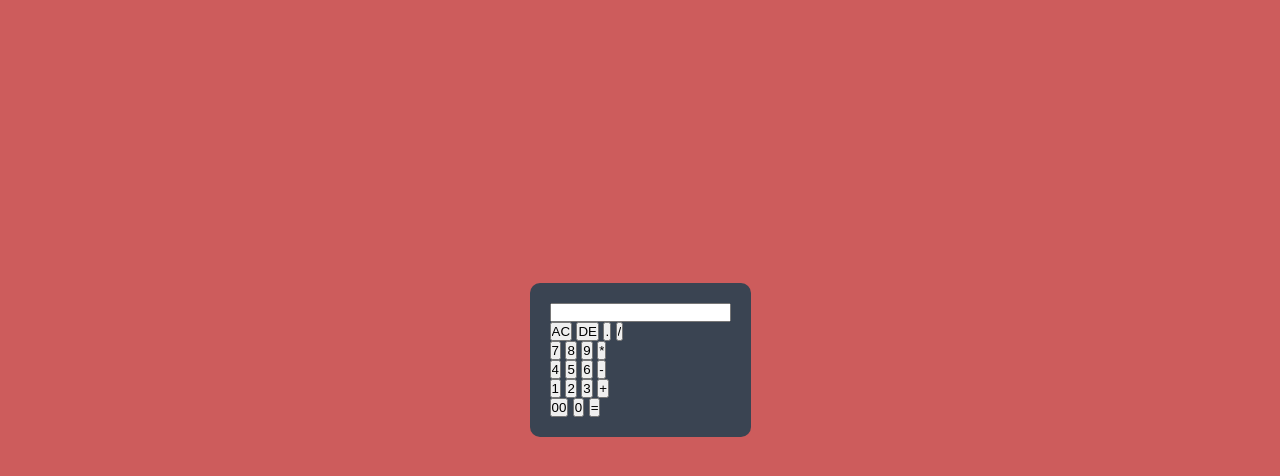
Repository: Anureet23/Calculator
Page: index.html
The author's editor kept a copy of each file at every save. The page is drawn from the files as they stood at one save, then again after a run of saves.
The browser window is 1280 px wide. The pictures show the whole page.

Above is the page before, as saved 2023-02-07 22:50:18.

### index.html
<!DOCTYPE html>
<html>
    <head>
<meta name ="viewport" content="width=device-width,initial-scale=1.0">
<title>Calculator using JavaScript</title>
<link rel="stylesheet" href="style.css">
    </head>
    <body>
<div class="container">
<div class="calculator">
   <form>
       <div>
           <input type="text" name ="display">
       </div>
       <div>
           <input type="button" value="AC">
           <input type="button" value="DE">
           <input type="button" value=".">
           <input type="button" value="/">
       </div>
       <div>
        <input type="button" value="7">
        <input type="button" value="8">
        <input type="button" value="9">
        <input type="button" value="*">
    </div>
    <div>
        <input type="button" value="4">
        <input type="button" value="5">
        <input type="button" value="6">
        <input type="button" value="-">
    </div>
    <div>
        <input type="button" value="1">
        <input type="button" value="2">
        <input type="button" value="3">
        <input type="button" value="+">
    </div>
    <div>
        <input type="button" value="00">
        <input type="button" value="0">
        <input type="button" value="=">

    </div>
   </form>
</div>
</div>


    </body>
</html>

### style.css
*{
    margin:0;
    padding:0;
    font-family: 'Poppins',sans-serif;
    box-sizing: border-box;
}

.container{
    width: 100%;
    height:100vh;
    background:#CD5C5C;
    display:flex;
    align-items:center;
    justify-content: center;

}
.calculator{
    background:#3a4452;
    padding:20px;
    border-radius:10px;

}

After the next 2 saves:
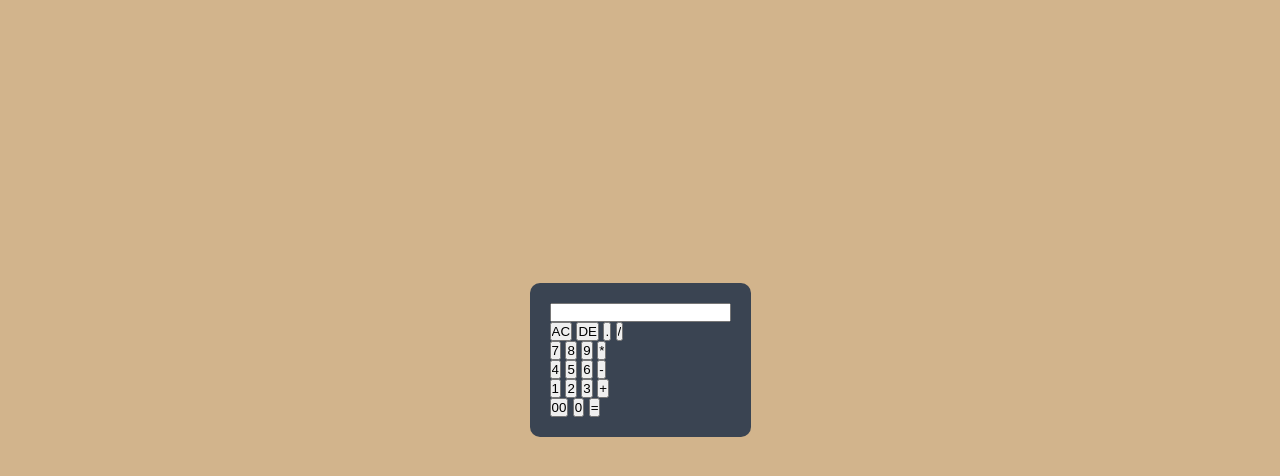
The 2 saves are shown as one change because they came seconds apart.
The last was saved 20 s later.
--- a/style.css
+++ b/style.css
@@ -8,7 +8,7 @@
 .container{
     width: 100%;
     height:100vh;
-    background:#CD5C5C;
+    background:#D2B48C;
     display:flex;
     align-items:center;
     justify-content: center;
